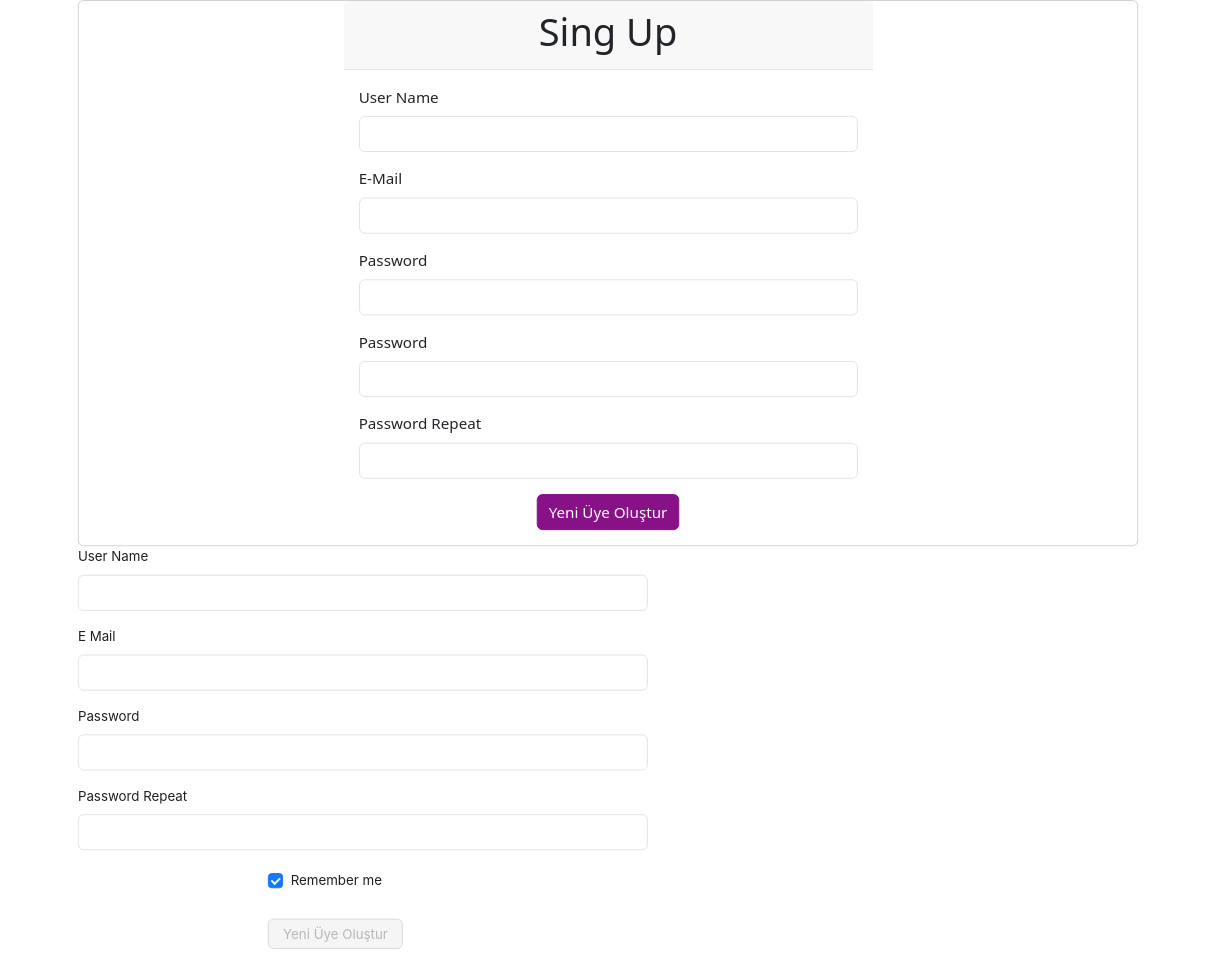
Repository: gursoyfahrettin20/startupProjectWeb
Page: /
These files come from the project's save history. The page is drawn as it stood at one moment and after the next save; the edit follows.
The browser window is 1280 px wide. The pictures show the whole page, at 95% of full size.
The project was rebuilt for these pictures with package versions that can differ from the ones it lists, and the page was loaded fresh each time. Also part of the build but not shown: vite.config.js.

Above is the page before, as saved 2024-01-17 00:38:22.

### index.html
<!doctype html>
<html lang="en">
  <head>
    <meta charset="UTF-8" />
    <link rel="icon" type="image/svg+xml" href="/vite.svg" />
    <meta name="viewport" content="width=device-width, initial-scale=1.0" />
    <title>Başlangıç Projesi</title>
  </head>
  <body>
    <div id="root"></div>
    <script type="module" src="/src/index.jsx"></script>
  </body>
</html>

### src/index.jsx
import * as React from 'react';
import { StrictMode } from 'react';
import { createRoot } from 'react-dom/client';
import SignUp from "./pages/SignUp"
import './index.scss'

const rootElement = document.getElementById('root');
const root = createRoot(rootElement);

root.render(
  <StrictMode>
    <SignUp/>
  </StrictMode>,
)

### src/pages/SignUp/index.jsx
import React, { useState, useEffect } from 'react';
import _ from 'lodash';
import { Button, Checkbox, Form, Spin, notification } from 'antd';
import { LoadingOutlined } from '@ant-design/icons';
import { singUp } from "../../api/apiCalls.js";
import { FormItem } from "../../components/formItem/formItem.jsx";

function index() {
    const [form] = Form.useForm();
    const [username, setUsername] = useState();
    const [email, setEmail] = useState();
    const [password, setPassword] = useState();
    const [passwordRepeat, setPasswordRepeat] = useState();
    const [succesMessage, setSuccesMessage] = useState();
    const [submittable, setSubmittable] = useState(false);
    const [apiProgress, setApiProgress] = useState(false);
    const [errors, setErrors] = useState({});
    const [generalErrors, setGeneralErrors] = useState({});
    const [api, contextHolder] = notification.useNotification();

    useEffect(() => {
        setErrors({})
    }, [username])

    const onSubmit = async (event) => {
        event.preventDefault();
        setSuccesMessage();
        setGeneralErrors();
        setApiProgress(true);
        const data = {
            username: username,
            email: email,
            password: password
        };
        try {
            const response = await singUp(data);
            setSuccesMessage(response.data?.message)
            setUsername();
            setPassword();
            setPasswordRepeat();
            setEmail();
        } catch (responseError) {
            if (responseError.response?.data && responseError.response?.data.status === 400) {
                setErrors(responseError.response?.data.validationErrors)
            }
            else {
                setGeneralErrors("Tahmin Edilemeyen Hatalarda gösterilecektir. / Unexpected error occured. Pleace try again.");
            }
        } finally {
            setApiProgress(false);
        }
    }

    const values = Form.useWatch([], form);
    // TODO: Sign Up butonu disabled durumlarına bakıyor.
    useEffect(() => {
        let _submittable = false;
        if (_.isUndefined(password) || _.isNull(password) || _.isEmpty(password)) {
            _submittable = false;
        } else if (password === passwordRepeat) {
            _submittable = true;
        }
        setSubmittable(_submittable);
    }, [values]);


    return (
        <div className='container'>
            <form className='card' onSubmit={onSubmit}>
                <div className='col-lg-6 offset-lg-3 col-sm-8 offset-sm-2'>
                    <div className='text-center card-header'>
                        <h1>Sing Up</h1>
                    </div>
                    <div className='card-body'>
                        <FormItem
                            name="username"
                            label="User Name"
                            errors={errors}
                            onChange={(e) => setUsername(e.target.value)}
                        />
                        <FormItem
                            name="email"
                            label="E-Mail"
                            errors={errors}
                            onChange={(e) => setEmail(e.target.value)}
                        />
                        <FormItem
                            name="password"
                            label="Password"
                            errors={errors}
                            type="password"
                            onChange={(e) => setPassword(e.target.value)}
                        />
                        <div className='mb-3'>
                            <label className='form-label' htmlFor='password'> Password </label>
                            <input id="password" className='form-control' type="password" />
                        </div>
                        <div className='mb-3'>
                            <label className='form-label' htmlFor='passwordRepeat'> Password Repeat </label>
                            <input id="passwordRepeat" className='form-control' type="password" />
                        </div>
                        <div className='text-center'>
                            <button className='btn btn-primary'>{apiProgress ? "Yeni Üye Oluşturuluyor..." : "Yeni Üye Oluştur"}</button>
                        </div>
                    </div>
                </div>
            </form >

            <Form
                name="signUp"
                form={form}
                labelCol={{ span: 8, }}
                wrapperCol={{ span: 16 }}
                style={{ maxWidth: 600, }}
                initialValues={{ remember: true, }}
                onFinish={onSubmit}
                autoComplete="off">
                <FormItem
                    id="username"
                    name="username"
                    label="User Name"
                    autoComplete='false'
                    isPassword={false}
                    db_message={!_.isEmpty(errors) ? errors.username : ""}
                    message={'Please input your username!'}
                    onChange={(e) => setUsername(e.target.value)}
                />
                <FormItem
                    id="email"
                    name="email"
                    label="E Mail"
                    autoComplete='false'
                    isPassword={false}
                    db_message={!_.isEmpty(errors) ? errors.email : ""}
                    message={'Please input your email!'}
                    onChange={(e) => setEmail(e.target.value)}
                />
                <FormItem
                    id="password"
                    name="password"
                    label="Password"
                    isPassword={true}
                    autoComplete='false'
                    db_message={!_.isEmpty(errors) ? errors.password : ""}
                    message={'Please input your username!'}
                    onChange={(e) => setPassword(e.target.value)}
                />
                <FormItem
                    id="passwordRepeat"
                    name="passwordRepeat"
                    label="Password Repeat"
                    isPassword={true}
                    autoComplete='false'
                    message='Please input your password Repeat!'
                    onChange={(e) => setPasswordRepeat(e.target.value)}
                />
                <Form.Item
                    name="remember"
                    valuePropName="checked"
                    wrapperCol={{ offset: 8, span: 16, }}
                >
                    <Checkbox>Remember me</Checkbox>
                </Form.Item>

                <Form.Item wrapperCol={{ offset: 8, span: 16, }}>
                    <Button type="primary" htmlType="submit" disabled={apiProgress ? apiProgress : !submittable}>
                        <Spin style={{ display: apiProgress ? "inline" : "none" }}
                            indicator={<LoadingOutlined style={{ fontSize: 24, marginRight: 15 }} spin />} />
                        {apiProgress ? "Yeni Üye Oluşturuluyor..." : "Yeni Üye Oluştur"}
                    </Button>
                </Form.Item>
                {/* todo: notification çıkartmak konulmuştur */}
                {contextHolder}
            </Form>
        </div >
    );
}
export default index;

### src/index.scss
$primary: #818;

@import "../node_modules/bootstrap/scss/bootstrap.scss";

### src/api/apiCalls.js
import axios from "axios";

export const changeLanguage = lang => {
    axios.defaults.headers['accept-language'] = lang;
}

export const getBaseUrl = () => {
     return import.meta.env.VITE_REACT_APP_REST_SERVICE_URL;
}

export const saveUser = body => {
    return axios.post(getBaseUrl() + '/users', body);
}

export const singUp = body => {
    return axios.post(getBaseUrl() + '/users', body);
}

export const login = data => {
    return axios.post(getBaseUrl() + '/auth', {}, {auth: data});
}

export const getUsers = (page, size) => {
    return axios.get(getBaseUrl() + `/users?currentPage=${page ? page : 0}&pageSize=${size ? size : 3}`);
}

export const setAuthorizationHeader = ({username, password, isLoggedIn}) => {
    if (isLoggedIn) {
        let authorizationHeaderValue = `Basic ${btoa(username + ':' + password)}`
        axios.defaults.headers['Authorization'] = authorizationHeaderValue;
    } else {
        delete axios.defaults.headers['Authorization'];
    }
}

export const getUser = (userName) => {
    return axios.get(getBaseUrl() + `/users/${userName}`);
}

export const updateUser = (userName, body) => {
    return axios.put(getBaseUrl() + `/users/${userName}`, body);
}

export const postHoax = hoax => {
    return axios.post(getBaseUrl() + "/hoaxes", hoax);
}

export const getHoaxes = (userName, page = 0) => {
    const path = userName ? `/users/${userName}/hoaxes?currentPage=` : "/hoaxes?currentPage="
    return axios.get(getBaseUrl() + path + page);
}

export const getOldHoaxes = (id, userName) => {
    const path = userName ? `/users/${userName}/hoaxes/${id}` : `/hoaxes/${id}`;
    return axios.get(getBaseUrl() + path);
}

### src/components/formItem/formItem.jsx
import React, { useEffect, useState } from 'react';
import { Form, Input } from 'antd';

export function FormItem({ name, label, autoComplete, onChange, errors, type }) {
    const [msg, setNsg] = useState()

    return (
        <div className='mb-3'>
            <label className='form-label' htmlFor={name}> {label} </label>
            <input id={name} autoComplete={autoComplete ? autoComplete : false} className={errors?.[name] ? 'form-control is-invalid' : 'form-control'} type={type ? type : "text"} onChange={onChange} />
        </div>
    );
}

export default FormItem;

After the next save:
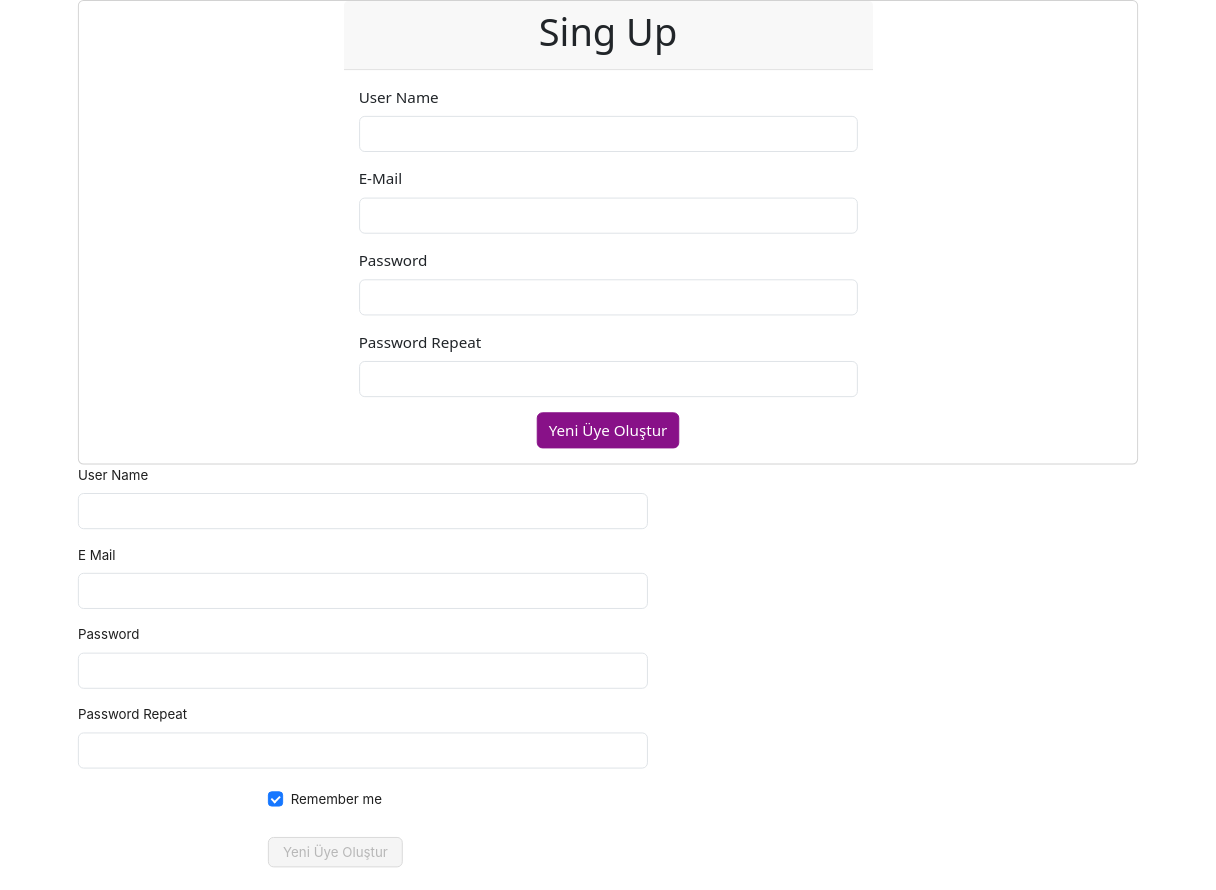
Saved 37 s later.
--- a/src/pages/SignUp/index.jsx
+++ b/src/pages/SignUp/index.jsx
@@ -91,14 +91,13 @@ function index() {
                             type="password"
                             onChange={(e) => setPassword(e.target.value)}
                         />
-                        <div className='mb-3'>
-                            <label className='form-label' htmlFor='password'> Password </label>
-                            <input id="password" className='form-control' type="password" />
-                        </div>
-                        <div className='mb-3'>
-                            <label className='form-label' htmlFor='passwordRepeat'> Password Repeat </label>
-                            <input id="passwordRepeat" className='form-control' type="password" />
-                        </div>
+                         <FormItem
+                            name="passwordRepeat"
+                            label="Password Repeat"
+                            errors={errors}
+                            type="password"
+                            onChange={(e) => setPasswordRepeat(e.target.value)}
+                        />
                         <div className='text-center'>
                             <button className='btn btn-primary'>{apiProgress ? "Yeni Üye Oluşturuluyor..." : "Yeni Üye Oluştur"}</button>
                         </div>
